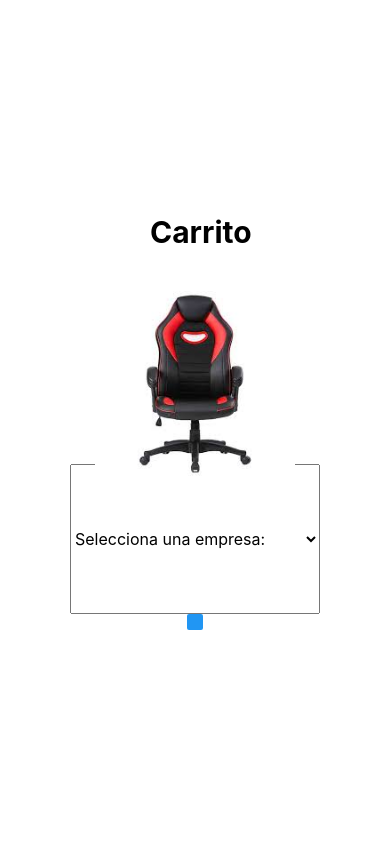
Repository: oscaredu1998/compras
Screen: / (app in frontend/)
These files come from the project's save history. The screen is drawn as it stood at one moment and after a run of saves; the edit follows.
The app was drawn by React Native's web renderer in a window 390 px wide. The project was rebuilt for these pictures with package versions that can differ from the ones it lists, and the page was loaded fresh each time.

Above is the screen before, as saved 2020-02-21 18:21:23.

### frontend/App.js
import React, { Component } from 'react';
import { Picker, View, Image, StyleSheet, Button, Text, Alert } from 'react-native';
import axios from 'axios';

const URL = "http://192.168.0.104:5000/api/";

export default class App extends Component {
  state = {
    response: ''
  }

  handleSelect = text => {
    this.setState({ response: text });
  };

  getData = () => {
    axios.get(URL+this.state.response)
    .then(response => {
      Alert.alert("Usted ha selecionado: " + JSON.stringify(response.data.empresa),
      ("Tiempo estimado de: " + JSON.stringify(response.data.tiempo) + " para su entrega"))
      // this.setState({ serverRes: response.data.datos })
    })
    .catch(error => {
      console.log(error)
    })
  }

  render() {
    return (
      <View style={styles.container}>
        <Text style={{width: 150, height: 50, fontSize: 30, fontWeight: 'bold', left: 30}}>Carrito </Text>
        <Image
            style={{width: 200, height: 200, top: 20}}
            source={require('./assets/images.jpg')}
          />
        <Picker style={{ height: 150, width: 250 }} onValueChange={this.handleSelect}>
          <Picker.Item label="Selecciona una empresa:" value="" />
          <Picker.Item label="Fedex" value="fedex" />
          <Picker.Item label="Correo del Ecuador" value="correos-ecuador" />
          <Picker.Item label="Servientrega" value="servientrega" />
        </Picker>
        <Button
          title=""
          onPress = {() => {this.getData()}}
          // onPress={() => alert(JSON.stringify(this.state.response))}
        />
      </View>
    )
  }
}


const styles = StyleSheet.create({
  container: {
    flex: 1,
    backgroundColor: '#fff',
    alignItems: 'center',
    justifyContent: 'center',
  },
});

After the next 2 saves:
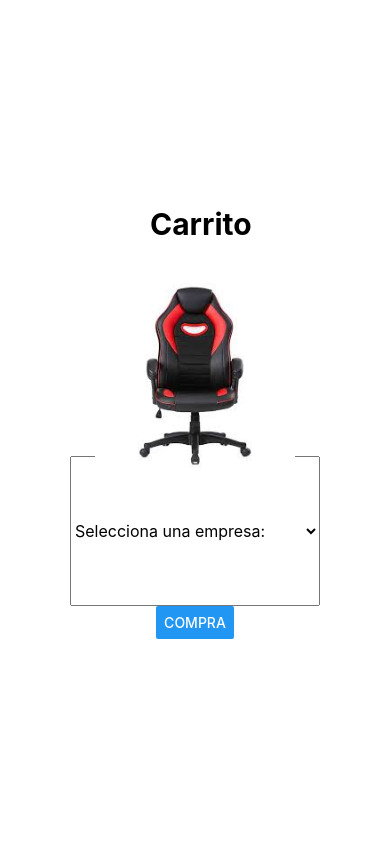
The 2 saves are shown as one change because they came seconds apart.
The last was saved 7 s later.
--- a/frontend/App.js
+++ b/frontend/App.js
@@ -40,7 +40,7 @@ export default class App extends Component {
           <Picker.Item label="Servientrega" value="servientrega" />
         </Picker>
         <Button
-          title=""
+          title="Compra"
           onPress = {() => {this.getData()}}
           // onPress={() => alert(JSON.stringify(this.state.response))}
         />
